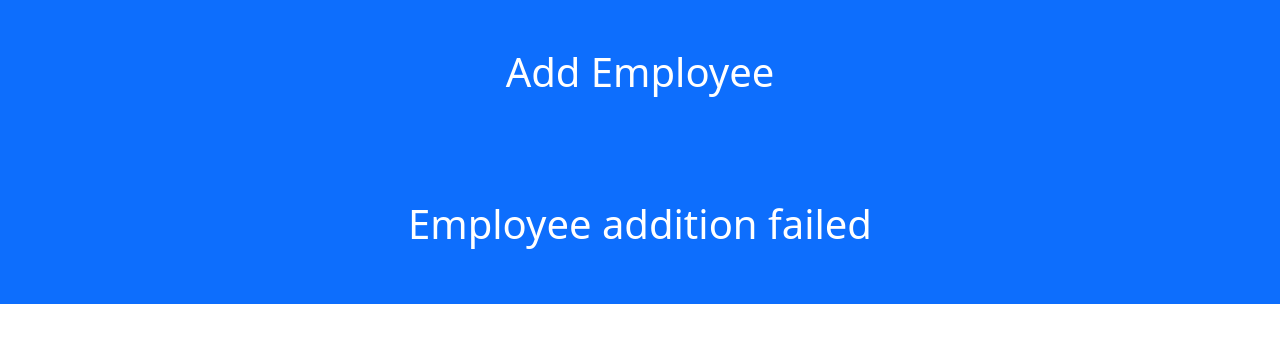
Repository: Rishicollinz/Java_Fullstack
Page: http://localhost/jspproject/add/add.jsp
These files come from the project's save history. The page is drawn as it stood at one moment and after a run of saves; the edit follows.
The browser window is 1280 px wide. The pictures show the whole page.
The page is served by Tomcat 9.

Above is the page before, as saved 2023-05-18 17:03:14.

### Eclipse 2/jspproject/src/main/webapp/add/add.jsp
<%@ page language="java" contentType="text/html; charset=UTF-8"
    pageEncoding="UTF-8"%>
<!DOCTYPE html>
<html>
<head>
<meta charset="UTF-8">
<title>Add Employee</title>

<link href="https://cdn.jsdelivr.net/npm/bootstrap@5.2.3/dist/css/bootstrap.min.css" rel="stylesheet">
<script src="https://cdn.jsdelivr.net/npm/bootstrap@5.2.3/dist/js/bootstrap.bundle.min.js"></script>

</head>

<body>

<div class="container-fluid p-5 bg-primary text-white text-center">
  <h1>Add Employee</h1>
</div>
<%@ page import="java.sql.*" %>
<%@ page import="javax.sql.*" %>

<%
String empname=request.getParameter("empName");
String dob=request.getParameter("dob");
String bldgrp=request.getParameter("bloodgrp");
String email=request.getParameter("email");
String contact=request.getParameter("contact");
String address=request.getParameter("address");
String dept=request.getParameter("deptName");
String role=request.getParameter("role");
String proj=request.getParameter("proj");
String doj=request.getParameter("doj");
String stat=request.getParameter("status");

Class.forName("com.mysql.cj.jdbc.Driver");
final String db_url="jdbc:mysql://localhost:3306/jspproject";
final String user="root";
Connection con=null;
con=DriverManager.getConnection(db_url, user, "");

String qry="INSERT INTO `employee`(`name`, `dob`, `bloodgroup`, `email`, `contact`, `address`, `department`, `role`, `project`, `doj`, `status`) INSERT INTO `employee`(`empid`, `name`, `dob`, `bloodgroup`, `email`, `contact`, `address`, `department`, `role`, `project`, `doj`, `status`) VALUES (?,?,?,?,?,?,?,?,?,?,?)";
PreparedStatement prt=con.prepareStatement(qry);
prt.setString(1,empname);
prt.setString(2,dob);
prt.setString(3,bldgrp);
prt.setString(4,email);
prt.setString(5,contact);
prt.setString(6,address);
prt.setString(7,dept);
prt.setString(8,role);
prt.setString(9,proj);
prt.setString(10,doj);
prt.setString(11,stat);
int c=prt.executeUpdate();
if(c>0){
	%>
	<div class="container-fluid p-5 bg-primary text-white text-center">
  		<h1>Employee added successfully</h1>
	</div>
	<%
}else{
	%>
	<div class="container-fluid p-5 bg-primary text-white text-center">
  		<h1>Employee addition failed</h1>
	</div>
	<%
}
%>
</body>
</html>

After the next 2 saves:
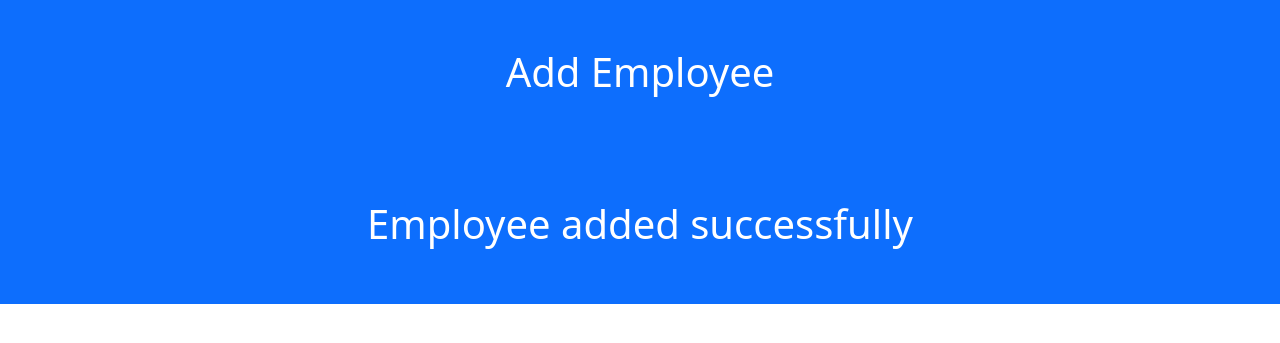
The 2 saves are shown as one change because 1 did not build or start.
The last was saved 4 min 23 s later.
--- a/Eclipse 2/jspproject/src/main/webapp/add/add.jsp
+++ b/Eclipse 2/jspproject/src/main/webapp/add/add.jsp
@@ -51,8 +51,9 @@
 prt.setString(9,proj);
 prt.setString(10,doj);
 prt.setString(11,stat);
-int c=prt.executeUpdate();
-if(c>0){
+prt.executeUpdate();
+int s=0;
+if(s==0){
 	%>
 	<div class="container-fluid p-5 bg-primary text-white text-center">
   		<h1>Employee added successfully</h1>

After the 2 saves that followed:
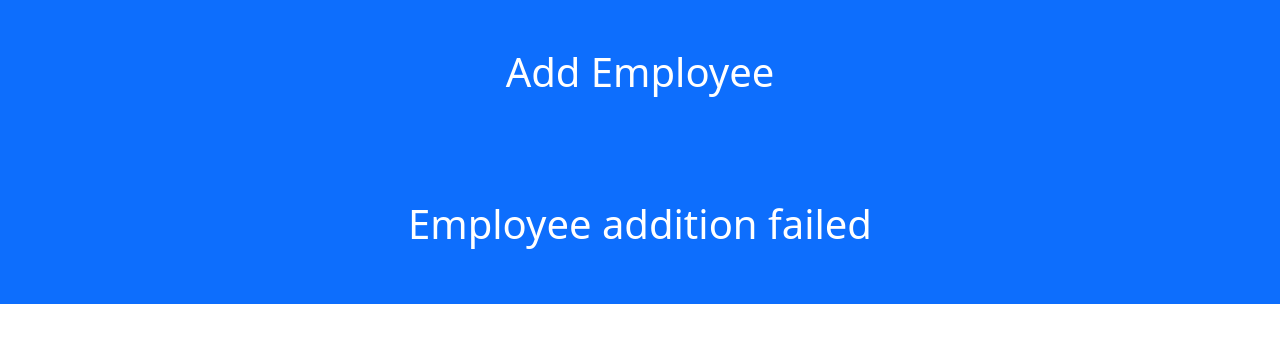
The 2 saves are shown as one change because 1 left the picture as it was.
The last was saved 2 min 24 s later.
--- a/Eclipse 2/jspproject/src/main/webapp/add/add.jsp
+++ b/Eclipse 2/jspproject/src/main/webapp/add/add.jsp
@@ -38,7 +38,7 @@
 Connection con=null;
 con=DriverManager.getConnection(db_url, user, "");
 
-String qry="INSERT INTO `employee`(`name`, `dob`, `bloodgroup`, `email`, `contact`, `address`, `department`, `role`, `project`, `doj`, `status`) INSERT INTO `employee`(`empid`, `name`, `dob`, `bloodgroup`, `email`, `contact`, `address`, `department`, `role`, `project`, `doj`, `status`) VALUES (?,?,?,?,?,?,?,?,?,?,?)";
+String qry="INSERT INTO `employee`(`name`, `dob`, `bloodgroup`, `email`, `contact`, `address`, `department`, `role`, `project`, `doj`, `status`) VALUES (?,?,?,?,?,?,?,?,?,?,?)";
 PreparedStatement prt=con.prepareStatement(qry);
 prt.setString(1,empname);
 prt.setString(2,dob);
@@ -51,9 +51,9 @@
 prt.setString(9,proj);
 prt.setString(10,doj);
 prt.setString(11,stat);
-prt.executeUpdate();
-int s=0;
-if(s==0){
+int s=prt.executeUpdate();
+
+if(s>0){
 	%>
 	<div class="container-fluid p-5 bg-primary text-white text-center">
   		<h1>Employee added successfully</h1>
